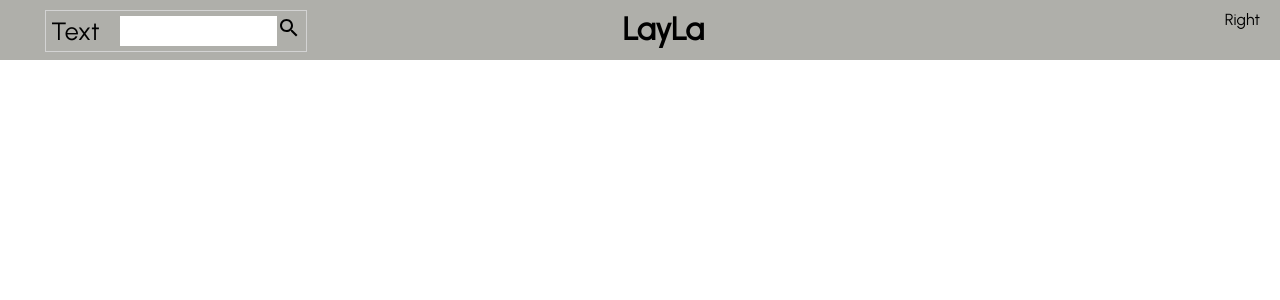
Repository: WaiMaungMaung/React_Ecom
Page: /
The author's editor kept a copy of each file at every save. The page is drawn from the files as they stood at one save, then again after the next save.
The browser window is 1280 px wide. The pictures show the whole page.
The project was rebuilt for these pictures with package versions that can differ from the ones it lists, and the page was loaded fresh each time.

Above is the page before, as saved 2022-05-04 23:13:47.

### public/index.html
<!DOCTYPE html>
<html lang="en">
  <head>
    <meta charset="utf-8" />
    <link rel="icon" href="%PUBLIC_URL%/favicon.ico" />

    <link
      href="https://fonts.googleapis.com/css2?family=Urbanist&display=swap"
      rel="stylesheet"
    />

    <style>
      * {
        margin: 0;
        font-family: "Urbanist", sans-serif;
      }
    </style>
    <title>React App</title>
  </head>
  <body>
    <noscript>You need to enable JavaScript to run this app.</noscript>
    <div id="root"></div>
  </body>
</html>

### src/pages/Home.jsx
import React from "react";
import NavBar from "../components/NavBar";

const Home = () => {
  return (
    <div>
      <NavBar />
    </div>
  );
};

export default Home;

### src/components/NavBar.jsx
import { Search } from "@material-ui/icons";
import React from "react";
import styled from "styled-components";
const Container = styled.div`
  height: 60px;
  background-color: #afafaa;
`;

const Wrapper = styled.div`
  padding: 10px 20px;
  align-item: center;
  display: flex;
  justify-content: space-between;
`;

const SearchContainer = styled.div`
  border: 0.5px solid lightgray;
  margin-left: 25px;
  display: flex;
  align-item: center;
  padding: 5px;
`;
const Input = styled.input`
  border: none;
  margin-left: 20px;
`;

const Language = styled.span`
  font-size: 25px;
  cursor: pointer;
`;
const Left = styled.div`
  flex: 1;
  display: flex;
`;

const Center = styled.div`
  flex: 1;
`;

const Logo = styled.h1`
  font-weight: bold;
`;
const Right = styled.div``;
const NavBar = () => {
  return (
    <Container>
      <Wrapper>
        <Left>
          <SearchContainer>
            <Language>Text</Language>
            <Input />
            <Search />
          </SearchContainer>
        </Left>
        <Center>
          <Logo>LayLa</Logo>
        </Center>
        <Right>Right</Right>
      </Wrapper>
    </Container>
  );
};

export default NavBar;

Loaded but not shown: src/index.js (common file); src/App.js (common file)

After the next save:
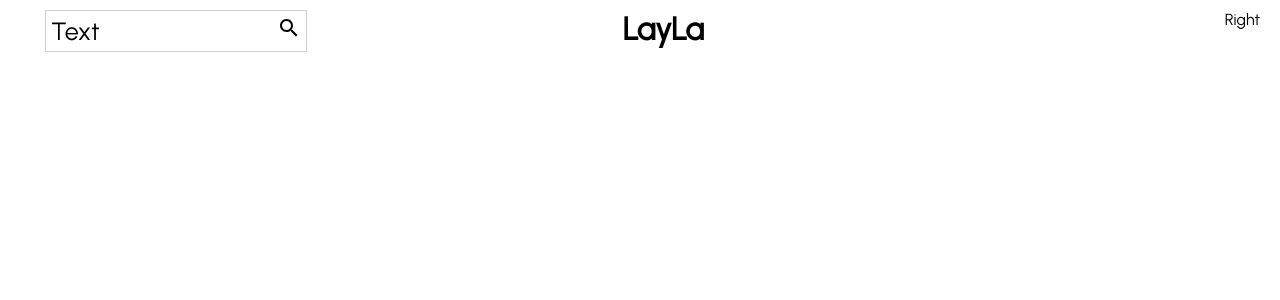
Saved 52 s later.
--- a/src/components/NavBar.jsx
+++ b/src/components/NavBar.jsx
@@ -3,7 +3,6 @@ import React from "react";
 import styled from "styled-components";
 const Container = styled.div`
   height: 60px;
-  background-color: #afafaa;
 `;
 
 const Wrapper = styled.div`
